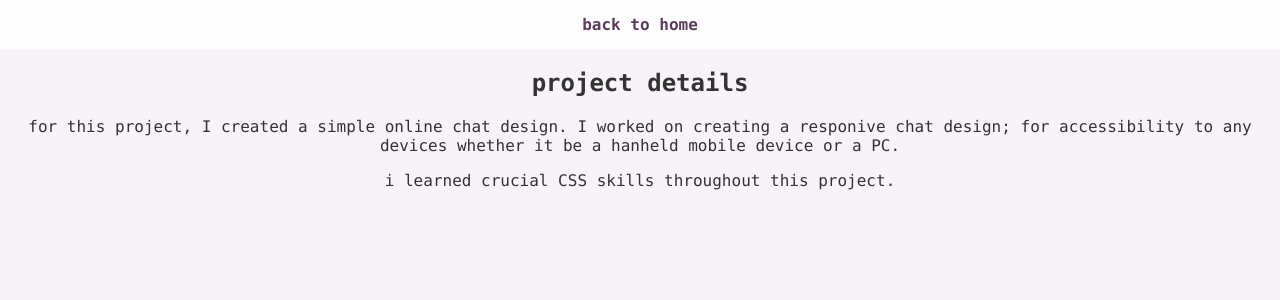
Repository: sarriah/sarriah
Page: pages/project1.html
An editor plug-in stored every save of this project. The page is shown before and after the next save, followed by the edit.
The browser window is 1280 px wide. The pictures show the whole page.

Above is the page before, as saved 2026-05-15 19:47:04.

After the next save:
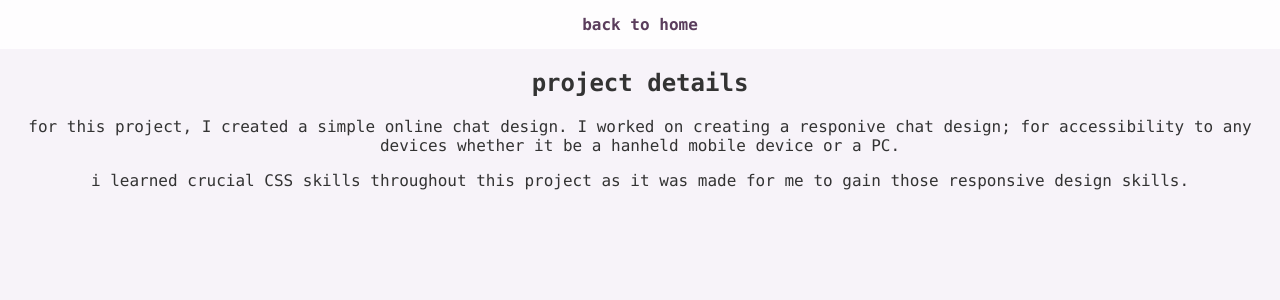
Saved 4 min 34 s later.
--- a/pages/project1.html
+++ b/pages/project1.html
@@ -58,7 +58,7 @@ nav {
     <H2>project details</H2>
     <p>for this project, I created a simple online chat design. I worked on creating a responive chat design; for accessibility to any devices whether it be a hanheld mobile device or a PC.</p>
 
-    <p>i learned crucial CSS skills throughout this project.</p>
+    <p>i learned crucial CSS skills throughout this project as it was made for me to gain those responsive design skills.</p>
 
 </body>
 </html>
